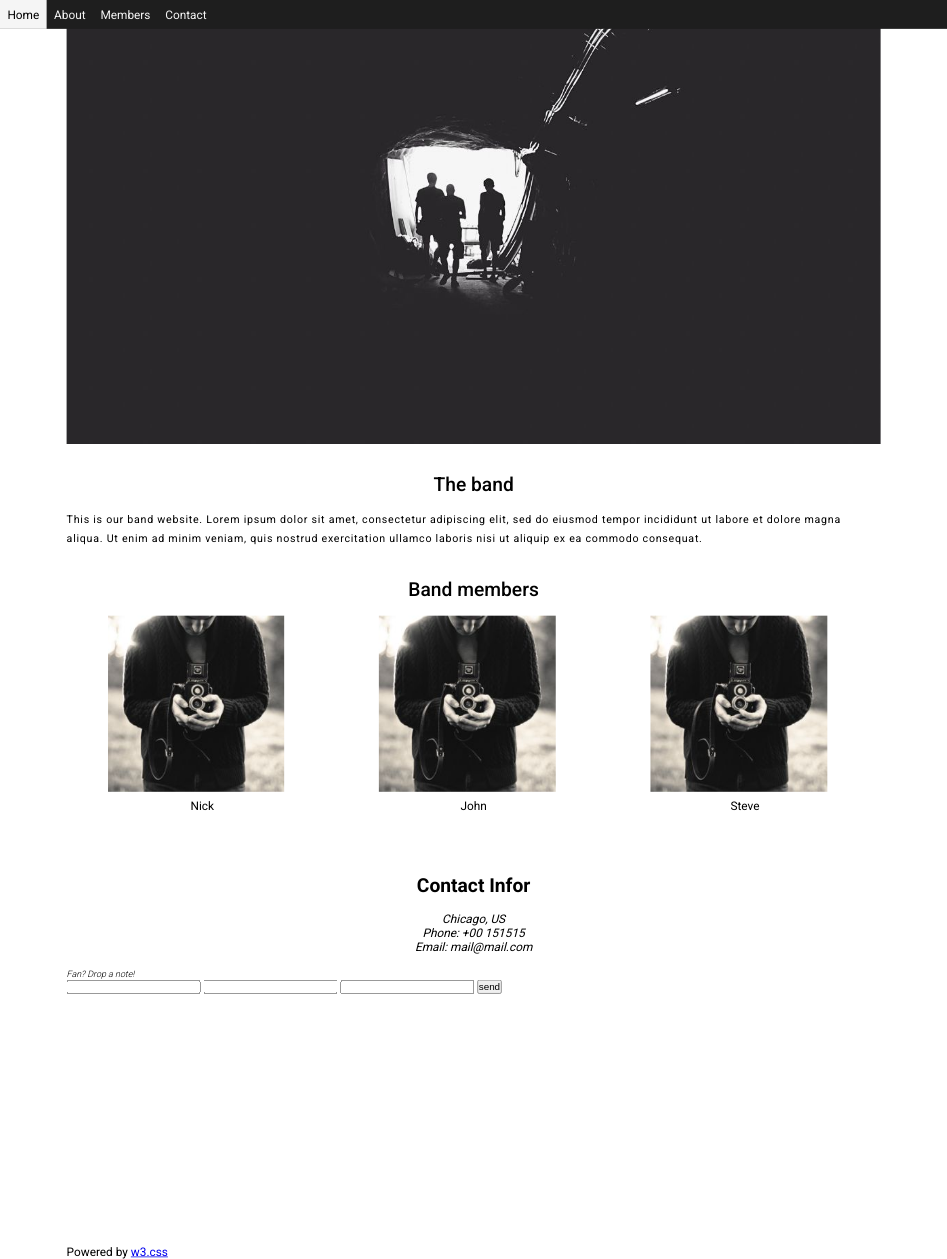
Repository: hieu-22/w3_band_UI
Page: index.html
These files come from the project's save history. The page is drawn as it stood at one moment and after the next save; the edit follows.
The browser window is 1280 px wide. The pictures show the whole page, at 74% of full size.

Above is the page before, as saved 2022-12-30 10:25:37.

### index.html
<!DOCTYPE html>
<html lang="en">
<head>
    <meta charset="UTF-8">
    <meta http-equiv="X-UA-Compatible" content="IE=edge">
    <meta name="viewport" content="width=device-width, initial-scale=1.0">
    <title>The band - by w3school</title>
    <link rel="stylesheet" href="assets/css/style.css">
    <link rel="preconnect" href="https://fonts.googleapis.com"><link rel="preconnect" href="https://fonts.gstatic.com" crossorigin><link href="https://fonts.googleapis.com/css2?family=Roboto:wght@100;300;400;500;700&display=swap" rel="stylesheet">
</head>
<body>
    <header class="header">
        <nav class="navigation-bar">
            <ul class="navigation-bar__list">
                <li class="navigation-bar__list-item">
                    Home
                </li>
                <li class="navigation-bar__list-item">
                    About
                </li>
                <li class="navigation-bar__list-item">
                    Members
                </li>
                <li class="navigation-bar__list-item">
                    Contact
                </li>
            </ul>
        </nav>
        <div class="banner"></div>
    </header>

    <main class="content">
        <div class="content__about">
            <h2 class="content__about-name">The band</h2>
            <p class="content__about-description"> This is our band website. Lorem ipsum dolor sit amet, consectetur adipiscing elit, sed do eiusmod tempor incididunt ut labore et dolore magna aliqua. Ut enim ad minim veniam, quis nostrud exercitation ullamco laboris nisi ut aliquip ex ea commodo consequat.
            </p>
        </div>
        <!-- end about -->

        <div class="content__members">
            <h2 class="content__members-header">Band members</h2>
            <div class="content__members-container">
                <div class="member">
                    <div class="member__img">
                        <img src="/assets/img/img_bandmember.jpg" alt="band member">
                    </div>
                    <p class="member__name">Nick</p>
                </div>
                <!-- member1 -->
                <div class="member">
                    <div class="member__img">
                        <img src="/assets/img/img_bandmember.jpg" alt="band member">
                    </div>
                    <p class="member__name">John</p>
                </div>
                <!-- member2 -->
                <div class="member">
                    <div class="member__img">
                        <img src="/assets/img/img_bandmember.jpg" alt="band member">
                    </div>
                    <p class="member__name">Steve</p>
                </div>
                <!-- member3 -->
            </div>
        </div>
        <!-- end members -->
        <div class="content__contact-infor">
            <h2 class="contact-infor__header">Contact Infor</h2>
            <address class="contact-infor__address">
                Chicago, US</br>
                Phone: +00 151515</br>
                Email: mail@mail.com
            </address>
            <div class="contact-infor__form">
                <h3 class="contact-infor__form-title">Fan? Drop a note!</h3>
            <form action="#">
                <input type="text">
                <input type="email">
                <input type="text">
                <button>send</button>
            </form>
            </div>
            <div class="contact-infor__banner"></div>
        </div>
    </main>

    <footer>
        <p>Powered by <a href="#">w3.css</a></p>
    </footer>
</body>
</html>

### assets/css/style.css
* {
    box-sizing: border-box;
    padding: 0;
    margin: 0;

}

html {
    font-family: 'Roboto', sans-serif;
    font-size: 16px;
    width: 1100px;
    margin: auto;
}

.header {
    height: 600px;
}

.navigation-bar {
    position: absolute;
    top: 0;
    left: 0;
    width: 100%;
    background-color: rgb(30, 30, 30);
}

.navigation-bar__list {
    display: flex;
    justify-content: flex-start;
    align-items: center;
    border-radius: 2px;
    list-style-type: none;
}

.navigation-bar__list-item {
    padding: 10px;
    color: whitesmoke;
}
.navigation-bar__list-item:hover {
    background-color: whitesmoke;
    color: black;
    cursor: pointer;
}

.banner {
    height: 100%;
    width: auto;
    background-image: url('../img/img_la.jpg');
    background-size: cover;
}
/* main content */
.content__about {
    margin-top: 20px;
}

.content__about-name {
    font-weight: 500;
    text-align: center;
    font-size: 26px;
    padding: 20px 0;
}

.content__about-description {
    letter-spacing: 1px;
    line-height: 26px;
    font-size: 0.9rem;
}
/* end about */

.content__members {
    height: 400px;
    margin-top: 20px;
}
.content__members-header {
    font-weight: 500;
    text-align: center;
    width: 100%;
    padding: 20px 0;
    font-size: 26px;
}
.content__members-container {
    display: flex;
    justify-content: space-around;
}

.member__img {
    height: 80%;
}

.member__img img {
    height: 100%;
}

.member__name {
    text-align: center;
    padding: 10px;
}
/* end member */

.content__contact-infor {
    height: 500px;
    margin-top: 20px;
}

.content__contact-infor .contact-infor__header {
    margin: 20px 0;
    text-align: center;
    font-size: 26px;
}

.content__contact-infor .contact-infor__address {
    margin: 20px 0;
    text-align: center;
}

.content__contact-infor .contact-infor__form-title {
    font-style: italic;
    font-weight: 300;
    font-size: 12px;
}

After the next save:
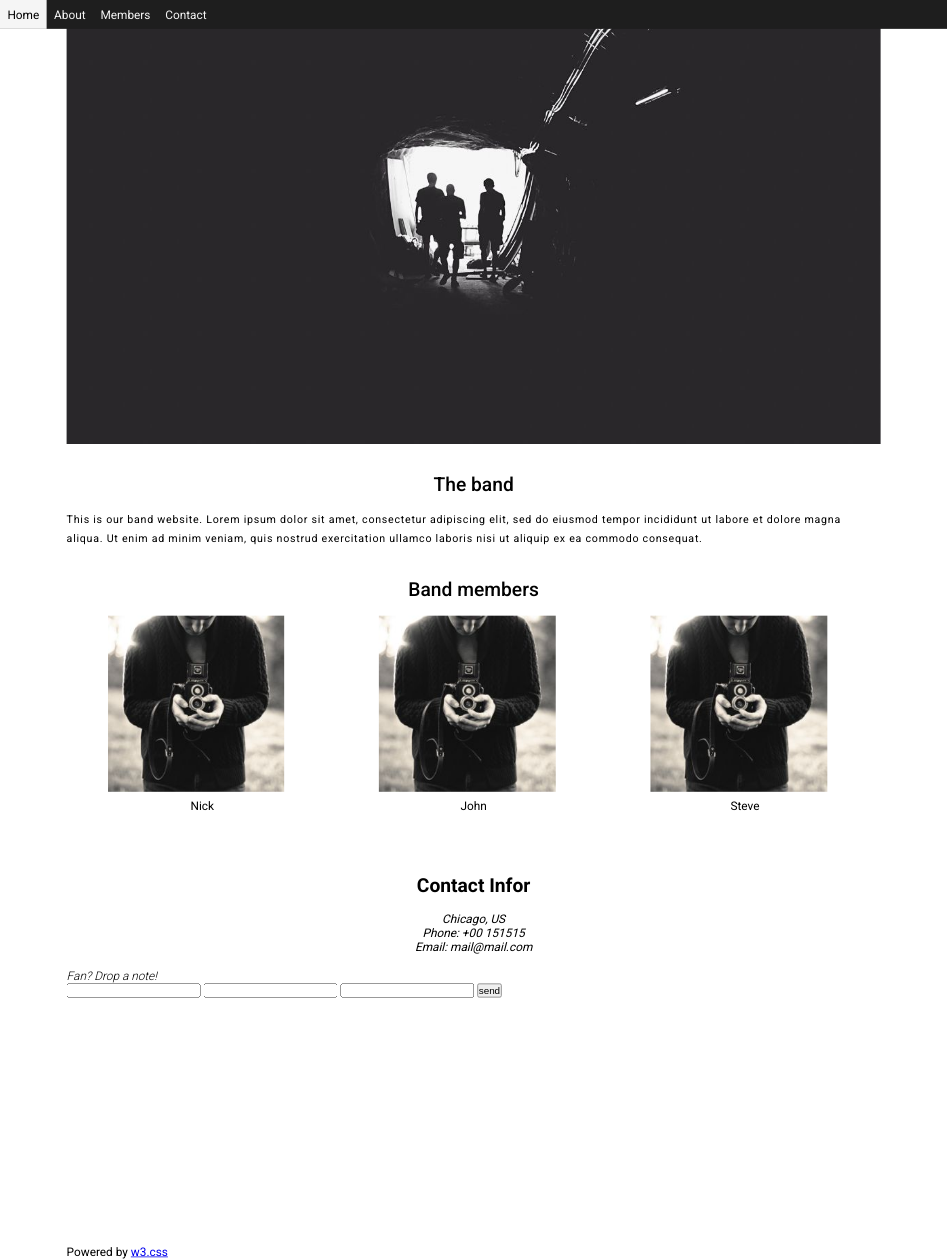
Saved 8 s later.
--- a/assets/css/style.css
+++ b/assets/css/style.css
@@ -116,5 +116,5 @@ html {
 .content__contact-infor .contact-infor__form-title {
     font-style: italic;
     font-weight: 300;
-    font-size: 12px;
+    font-size: 16px;
 }
